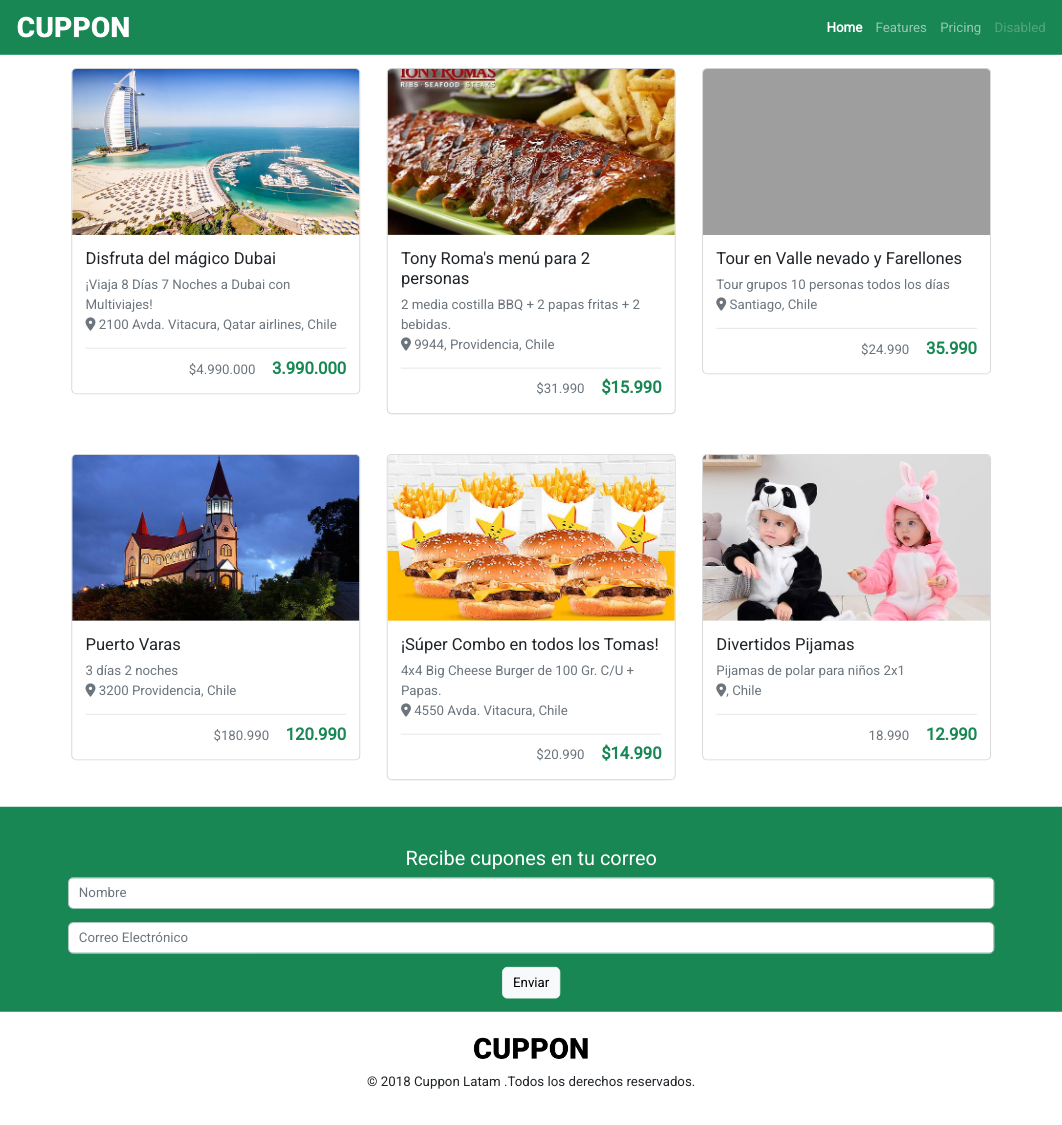
Repository: Yasna2112/Portafolio_CUPPON
Page: index.html
An editor plug-in stored every save of this project. The page is shown before and after a run of saves, followed by the edit.
The browser window is 1280 px wide. The pictures show the whole page, at 83% of full size.
Pictures or frames that could not be fetched are drawn as grey boxes. Some web libraries are served in a nearby version.

Above is the page before, as saved 2022-07-23 06:46:04.

After the next 2 saves:
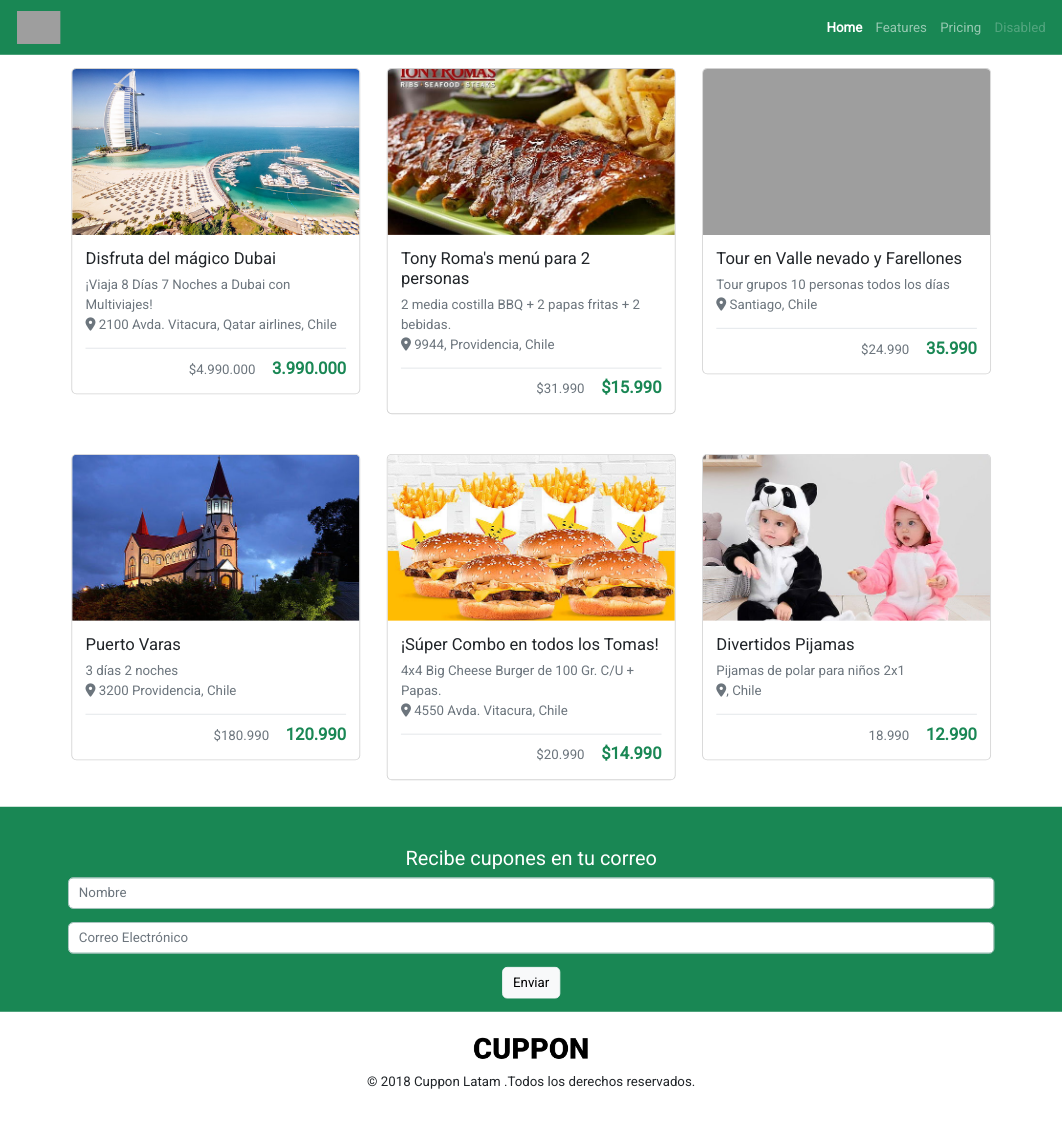
The 2 saves are shown as one change because they came seconds apart.
The last was saved 75 s later.
--- a/index.html
+++ b/index.html
@@ -27,7 +27,7 @@
 
   <nav class="navbar navbar-expand-lg navbar-dark bg-success">
     <div class="container-fluid">
-      <a class="navbar-brand px-2 logo" href="#"> <img src="assets/img/logo-white.png" alt="logo"></a>
+      <a class="navbar-brand px-2 logo" href="#"> <img src="assets/img/" alt="logo"></a>
       <button class="navbar-toggler" type="button" data-bs-toggle="collapse"
       data-bs-target="#navbarNav" aria-controls="navbarNav" aria-expanded="false"
       aria-label="Toggle navigation">

After the save that followed:
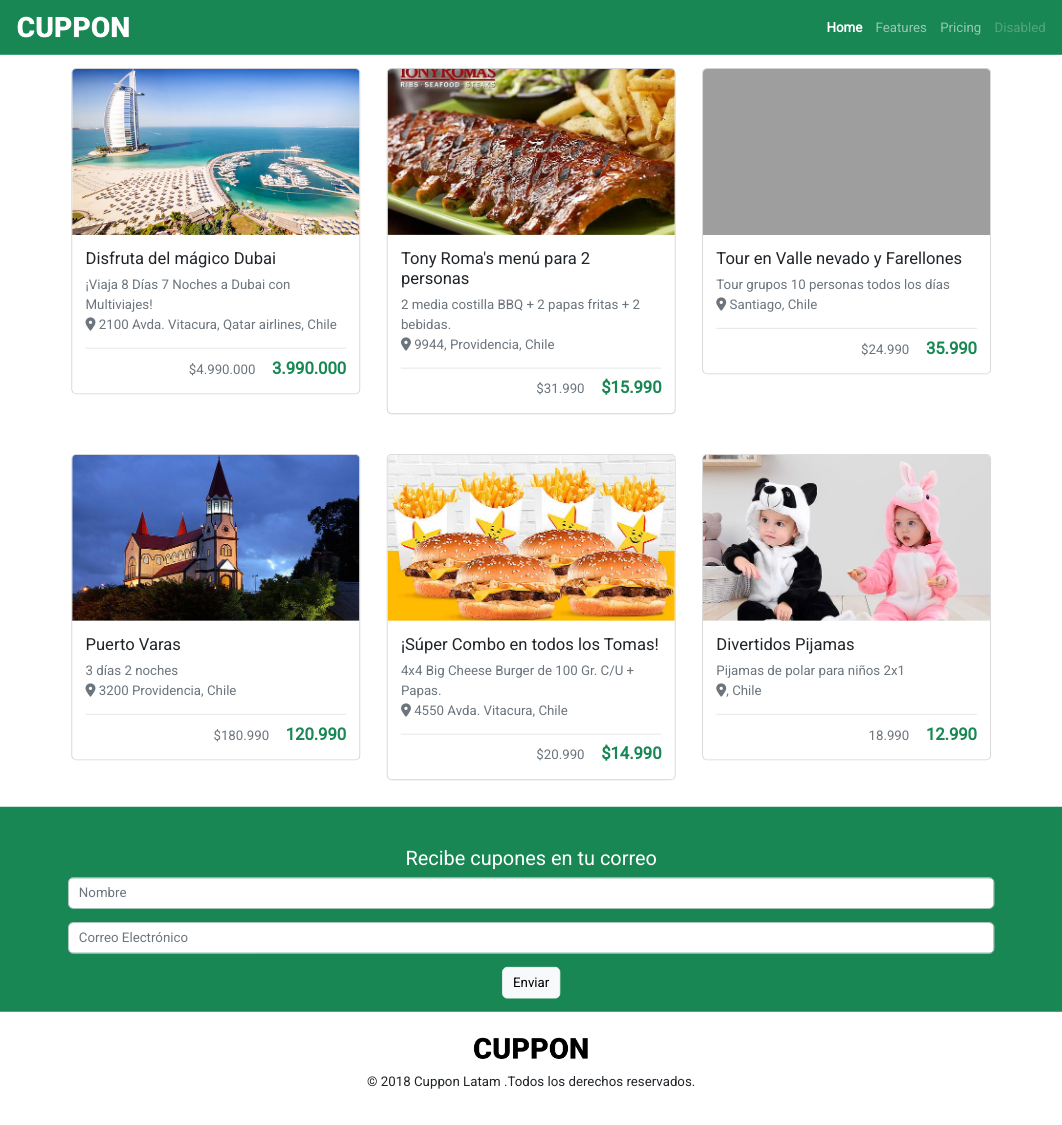
Saved 5 s later.
--- a/index.html
+++ b/index.html
@@ -27,7 +27,7 @@
 
   <nav class="navbar navbar-expand-lg navbar-dark bg-success">
     <div class="container-fluid">
-      <a class="navbar-brand px-2 logo" href="#"> <img src="assets/img/" alt="logo"></a>
+      <a class="navbar-brand px-2 logo" href="#"> <img src="assets/img/logo-white.png" alt="logo"></a>
       <button class="navbar-toggler" type="button" data-bs-toggle="collapse"
       data-bs-target="#navbarNav" aria-controls="navbarNav" aria-expanded="false"
       aria-label="Toggle navigation">
